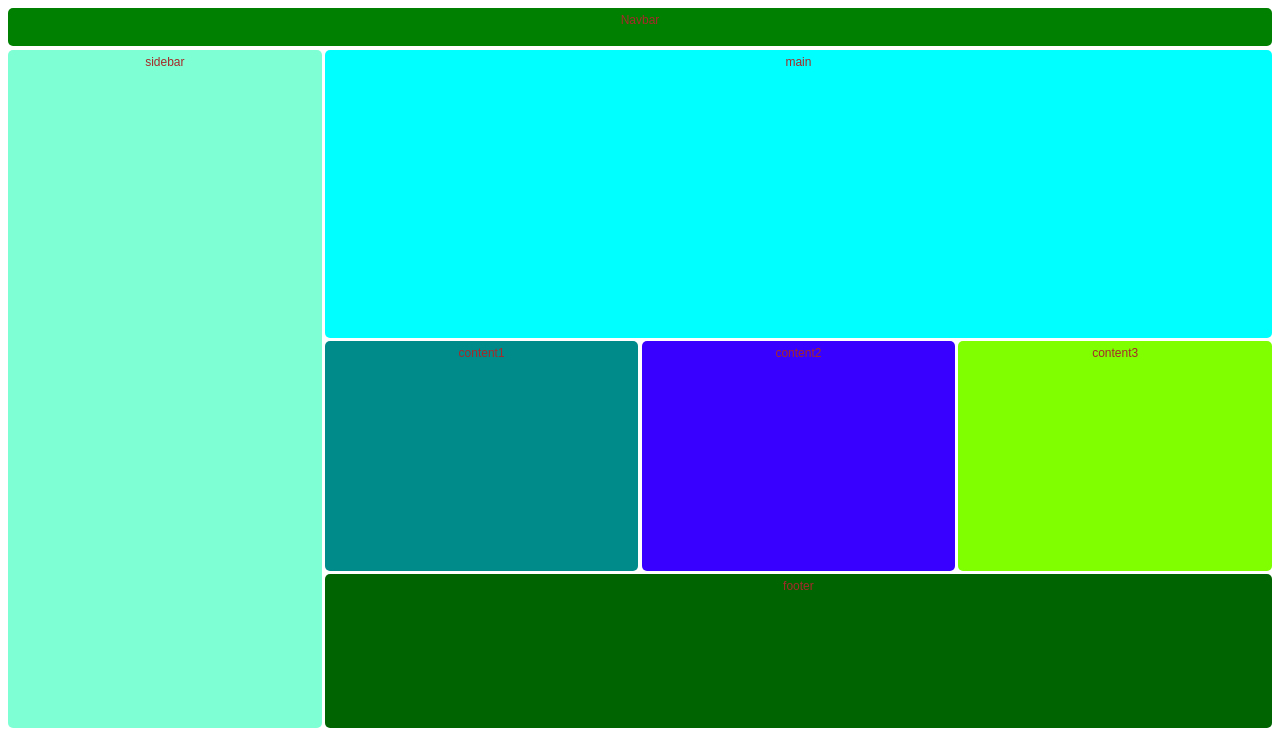
Repository: miraclesamson/cssgrid
Page: index.html
These files come from the project's save history. The page is drawn as it stood at one moment and after the next save; the edit follows.
The browser window is 1280 px wide. The pictures show the whole page.

Above is the page before, as saved 2022-06-25 05:11:44.

### index.html
<!DOCTYPE html>
<html lang="en">

<head>
    <meta charset="UTF-8">
    <meta http-equiv="X-UA-Compatible" content="IE=edge">
    <meta name="viewport" content="width=device-width, initial-scale=1.0">
    <link rel="stylesheet" href="./style.css">
    <title></title>
</head>

<body>
    <div class="container">
        <nav>Navbar</nav>
        <main>main</main>
        <div id="sidebar">sidebar</div>
        <div id="content1">content1</div>
        <div id="content2">content2</div>
        <div id="content3">content3</div>
        <div id="footer">footer</div>

    </div>

</body>

</html>

### style.css
:root {
  --main-radius: 5px;
  --main-padding: 5px;
}
.container {
  display: grid;
  height: 100vh;
  grid-template-columns: 1fr 1fr 1fr 1fr;
  grid-template-rows: 0.2fr 1.5fr 1.2fr 0.8fr;
  grid-template-areas:
    "nav nav nav nav"
    "sidebar main main main"
    "sidebar content1 content2 content3"
    "sidebar footer footer footer";
  grid-gap: 0.2rem;
  font-family: sans-serif;
  font-style: 800;
  text-overflow: uppercase;
  font-size: 12px;
  text-align: center;
  color: brown;
}
nav {
  background: green;
  grid-area: nav;
  border-radius: var(--main-radius);
  padding-top: var(--main-padding);
}
main {
  background: aqua;
  grid-area: main;
  border-radius: var(--main-radius);
  padding-top: var(--main-padding);
}
#sidebar {
  background: aquamarine;
  grid-area: sidebar;
  border-radius: var(--main-radius);
  padding-top: var(--main-padding);
}
#content1 {
  background: darkcyan;
  grid-area: content1;
  border-radius: var(--main-radius);
  padding-top: var(--main-padding);
}
#content2 {
  background: rgb(55, 0, 255);
  grid-area: content2;
  border-radius: var(--main-radius);
  padding-top: var(--main-padding);
}
#content3 {
  background: chartreuse;
  grid-area: content3;
  border-radius: var(--main-radius);
  padding-top: var(--main-padding);
}
#footer {
  background: darkgreen;
  grid-area: footer;
  border-radius: var(--main-radius);
  padding-top: var(--main-padding);
}
@media only screen and (max-width: 550px) {
  .container {
    grid-template-columns: 1fr;
    grid-template-rows: 0.4fr 0.4fr 2.2fr 1.2fr 1.2fr 1.2fr 1fr;
    grid-template-areas:
      "nav"
      "sidebar"
      "main"
      "content1"
      "content2"
      "content3"
      "footer";
  }
}

After the next save:
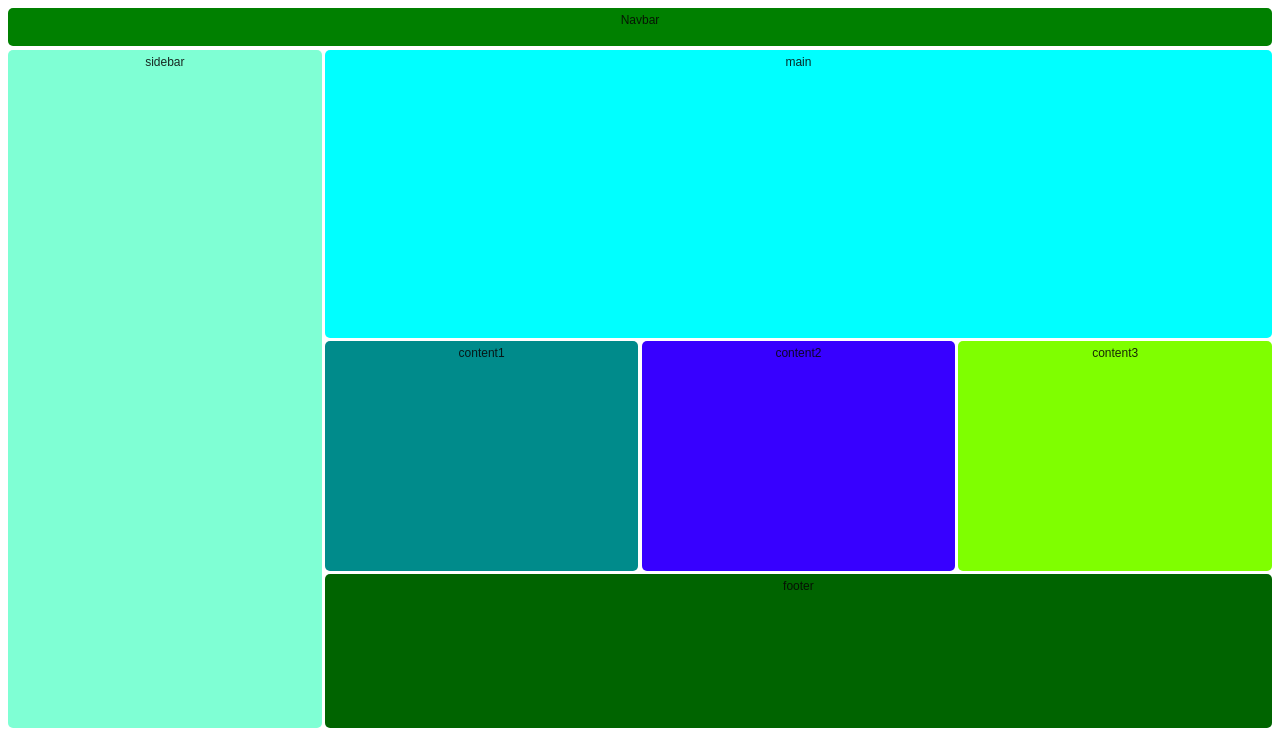
Saved 43 s later.
--- a/style.css
+++ b/style.css
@@ -18,7 +18,7 @@
   text-overflow: uppercase;
   font-size: 12px;
   text-align: center;
-  color: brown;
+  color: rgba(7, 5, 5, 0.856);
 }
 nav {
   background: green;
